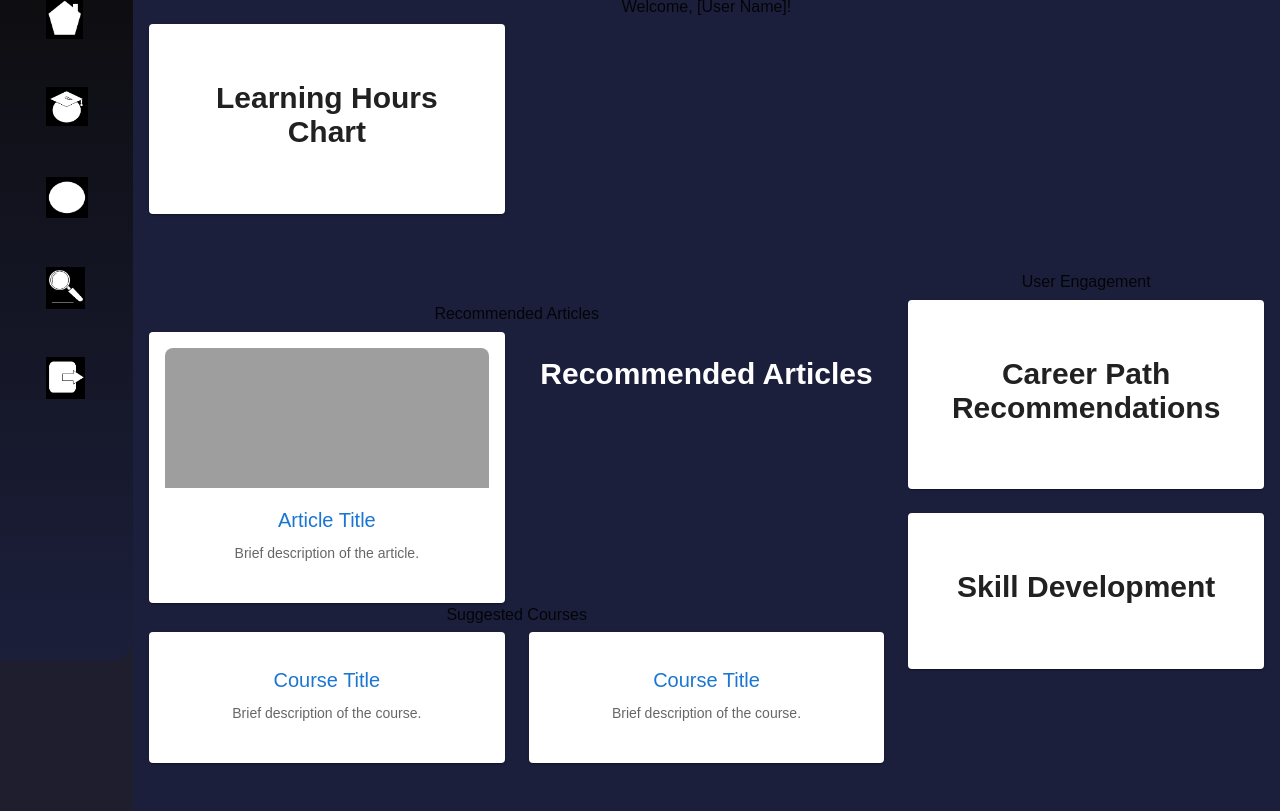
Repository: jvt2/OnlineCourseApp
Page: /dashboard
These files come from the project's save history. The page is drawn as it stood at one moment and after the next save; the edit follows.
The browser window is 1280 px wide. The pictures show the whole page.
Pictures or frames that could not be fetched are drawn as grey boxes. The page's requests for data from a server got no answer. The project was rebuilt for these pictures with package versions that can differ from the ones it lists, and the page was loaded fresh each time. No one was signed in, and anything a server would have sent is missing. Also part of the build but not shown: src/features/auth/Register.js, src/features/auth/Login.js, src/features/courses/ResumeUpload.js, src/features/courses/CourseRecommendations.js, src/components/common/MyModal.js, src/features/courses/CourseCatalog.js, src/features/courses/CourseDetail.js, src/components/common/Navbar.js and 3 more. Imported but missing from the stored project, and not drawn on this page: src/app/reportWebVitals.

Above is the page before, as saved 2024-07-18 21:44:50.

### src/index.js
import React from 'react';
import ReactDOM from 'react-dom/client';
import { Provider } from 'react-redux';
import store from './redux/store';
import './index.css';
import App from './app/App';
import reportWebVitals from './app/reportWebVitals';

const root = ReactDOM.createRoot(document.getElementById('root'));
root.render(
  <React.StrictMode>
    <App />
  </React.StrictMode>
);

// If you want to start measuring performance in your app, pass a function
// to log results (for example: reportWebVitals(console.log))
// or send to an analytics endpoint. Learn more: https://bit.ly/CRA-vitals
reportWebVitals();

### src/redux/store.js
// src/redux/store.js

import { configureStore } from '@reduxjs/toolkit';
import userReducer from './userReducer';

const store = configureStore({
  reducer: {
    user: userReducer,
  },
});

export default store;

### src/redux/userReducer.js
// src/redux/userReducer.js
// src/redux/userReducer.js
import { createSlice } from '@reduxjs/toolkit';

const initialState = {
  id: null,
  email: null,
  token: null,
};

const userSlice = createSlice({
  name: 'user',
  initialState,
  reducers: {
    logIn(state, action) {
      state.id = action.payload.id;
      state.email = action.payload.email;
      state.token = action.payload.token;
    },
    logOut(state) {
      state.id = null;
      state.email = null;
      state.token = null;
    },
  },
});

export const { logIn, logOut } = userSlice.actions;
export default userSlice.reducer;

### src/app/App.css
/* App.css */
:root {
  --primary-bg-color: #1E1E2F;
  --secondary-bg-color: #282840;
  --primary-text-color: #F5F5F5;
  --link-color: #61dafb;
  --accent-color: #FF6B6B;
  --navbar-height: 4rem;
  --content-padding: 20px;
  --border-radius: 8px;
  --transition-duration: 0.3s;
  --gradient-bg-color: linear-gradient(120deg, #84fab0 0%, #8fd3f4 100%);
}

.App {
  text-align: center;
  font-family: 'Arial', sans-serif;
  background-color: var(--primary-bg-color);
}

.App-logo {
  height: 40vmin;
  pointer-events: none;
  filter: drop-shadow(0 0 10px var(--accent-color));
}

.App-header {
  background-color: var(--secondary-bg-color);
  min-height: 100vh;
  display: flex;
  flex-direction: column;
  align-items: center;
  justify-content: center;
  font-size: calc(10px + 2vmin);
  color: var(--primary-text-color);
  border-bottom-left-radius: var(--border-radius);
  border-bottom-right-radius: var(--border-radius);
}

.App-link {
  color: var(--link-color);
  transition: color var(--transition-duration);
}

.App-link:hover {
  color: var(--accent-color);
}

@media (prefers-reduced-motion: no-preference) {
  .App-logo {
    animation: App-logo-spin infinite 20s linear;
  }
}

@keyframes App-logo-spin {
  from {
    transform: rotate(0deg);
  }
  to {
    transform: rotate(360deg);
  }
}

.site-navbar {
  display: flex;
  align-items: center;
  background: var(--gradient-bg-color);
  padding: 10px 20px;
  height: var(--navbar-height);
  font-weight: 500;
  box-shadow: 0 4px 6px rgba(0, 0, 0, 0.1);
}

.navbar-nav {
  display: flex;
  align-items: center;
  list-style: none;
  margin: 0;
  padding: 0;
  flex-grow: 1;
  justify-content: center;
}

.nav-item {
  display: flex;
  align-items: center;
  justify-content: center;
  text-decoration: none;
  color: var(--primary-text-color);
  padding: 15px 25px;
  transition: all 0.3s ease-in-out;
  border-radius: var(--border-radius);
  position: relative;
}

.nav-item:before {
  content: '';
  position: absolute;
  top: 0;
  left: 0;
  width: 0;
  height: 100%;
  background: var(--accent-color);
  border-radius: var(--border-radius);
  transition: width 0.3s ease-in-out;
  z-index: -1;
}

.nav-item:hover:before {
  width: 100%;
}

.nav-item:hover {
  color: var(--secondary-bg-color);
  box-shadow: 0 4px 8px rgba(0, 0, 0, 0.2);
  text-decoration: none;
}

.navbar-brand {
  margin-right: auto;
  color: var(--primary-text-color);
  font-size: 1.5em;
  font-weight: bold;
}

.App-content {
  padding: var(--content-padding);
  color: var(--primary-text-color);
}

.App-footer {
  text-align: center;
  padding: var(--content-padding);
  background-color: var(--secondary-bg-color);
  color: var(--primary-text-color);
  box-shadow: 0 -4px 6px rgba(0, 0, 0, 0.1);
}

.course-recommendations {
  width: 80%;
  margin: auto;
  background: #f9f9f9;
  padding: 20px;
  border-radius: 5px;
  box-shadow: 0px 0px 10px rgba(0, 0, 0, 0.1);
}

.course-recommendations h2 {
  text-align: center;
  color: #333;
}

.course-recommendations .course {
  padding: 10px 0;
  border-bottom: 1px solid #eee;
}

.course-recommendations .course:last-child {
  border-bottom: none;
}

.course-recommendations .course button {
  margin-left: 10px;
}

body {
  background-color: #1a1a2e;
  color: #e94560;
}

.MuiContainer-root {
  background-color: #16213e;
  border-radius: 8px;
  padding: 20px;
  box-shadow: 0 4px 8px rgba(0, 0, 0, 0.2);
}

.customTextField .MuiInputBase-input {
  color: #fff;
  background-color: rgba(255, 255, 255, 0.1);
}

.customTextField .MuiInputLabel-root {
  color: rgba(255, 255, 255, 0.7);
}

.customTextField .MuiInputLabel-root.Mui-focused {
  color: #fff;
}

.customTextField .MuiOutlinedInput-root {
  &.Mui-focused .MuiOutlinedInput-notchedOutline {
    border-color: #fff;
  }
  & .MuiOutlinedInput-notchedOutline {
    border-color: rgba(255, 255, 255, 0.5);
  }
}

### src/features/auth/Logout.js
//features/auth/Logout.js
import { useEffect } from 'react';
import { useDispatch } from 'react-redux';
import { useNavigate } from 'react-router-dom';
import { logOut } from '../../redux/reducers/userslice'; // Import the logOut action

function Logout() {
  const navigate = useNavigate();
  const dispatch = useDispatch();

  useEffect(() => {
    localStorage.removeItem('token'); // Remove the token from local storage
    dispatch(logOut()); // Dispatch the logOut action
    navigate('/'); // Navigate to the landing page
  }, [dispatch, navigate]);

  return null;
}

export default Logout;

### src/theme/index.js
import { createTheme } from '@mui/material/styles';

// Create a theme instance.
const theme = createTheme({
  spacing: 8, // Or any other value or function you want to define
  typography: {
    fontFamily: 'Arial, sans-serif',
  },
  palette: {
    primary: {
      main: '#1976d2',
    },
    secondary: {
      main: '#dc004e',
    },
  },
});

export default theme;

### src/components/common/LandingPage.css
body {
    display: flex;
    justify-content: center;
    align-items: center;
    height: 100vh;
    background-color: #f7f7f7;
    margin: 0;
    font-family: 'Roboto', sans-serif;
  }

  .sign-in-container {
    display: flex;
    justify-content: center;
    align-items: center;
    height: 100%;
    width: 100%;
  }

  .sign-in-form {
    background-color: white;
    padding: 60px;
    border-radius: 10px;
    box-shadow: 0 4px 8px rgba(0, 0, 0, 0.1);
    text-align: center;
    max-width: 600px;
    width: 90%;
  }

  .logo {
    width: 200px;
    height: 200px;
    margin-bottom: 30px;
    background-color: white;
    border-radius: 10px;
  }

  h1 {
    margin: 0;
    font-size: 32px;
    font-weight: 700;
  }

  .subtitle {
    margin: 10px 0;
    color: #555;
    font-size: 18px;
  }

  .google-sign-in {
    background-color: #ffffff;
    color: #000;
    border: 1px solid #ccc;
    padding: 15px;
    width: 100%;
    border-radius: 5px;
    margin-bottom: 30px;
    display: flex;
    justify-content: center;
    align-items: center;
    cursor: pointer;
    font-size: 18px;
    font-weight: 500;
    transition: background-color 0.3s;
  }

  .google-sign-in:hover {
    background-color: #f0f0f0;
  }

  .google-logo {
    width: 25px;
    margin-right: 10px;
  }

  .separator {
    display: flex;
    align-items: center;
    text-align: center;
    margin: 30px 0;
    color: #aaa;
    font-size: 18px;
  }

  .separator::before,
  .separator::after {
    content: '';
    flex: 1;
    border-bottom: 1px solid #ccc;
  }

  .separator:not(:empty)::before {
    margin-right: .5em;
  }

  .separator:not(:empty)::after {
    margin-left: .5em;
  }

  .email-input,
  .password-input {
    width: 100%;
    padding: 15px;
    margin-bottom: 30px;
    border: 1px solid #ccc;
    border-radius: 5px;
    font-size: 18px;
    transition: border-color 0.3s;
  }

  .email-input:focus,
  .password-input:focus {
    border-color: #007bff;
    outline: none;
  }

  .continue-button {
    background-color: #9b51e0;
    color: white;
    border: none;
    padding: 15px;
    width: 100%;
    border-radius: 5px;
    font-size: 18px;
    font-weight: 500;
    cursor: pointer;
    transition: background-color 0.3s;
    margin-bottom: 10px; /* Add margin to separate the buttons */
  }

  .continue-button:hover {
    background-color: #7a3bc0;
  }

  .email-error {
    color: red;
    margin-top: 10px;
    font-size: 14px;
  }


  .back-button {
    background-color: #ccc;
    color: white;
    border: none;
    padding: 15px;
    width: 100%;
    border-radius: 5px;
    font-size: 18px;
    font-weight: 500;
    cursor: pointer;
    transition: background-color 0.3s;
    margin-bottom: 10px; /* Add margin to separate the buttons */
  }

  .back-button:hover {
    background-color: #aaa;
  }

  .sign-up-link {
    margin-top: 30px;
    color: #aaa;
    font-size: 18px;
  }

  .sign-up-link a {
    color: #9b51e0;
    text-decoration: none;
  }

  .sign-up-link a:hover {
    text-decoration: underline;
  }

### src/features/dashboard/Dashboard.css
:root {
  --primary-color: #0C0B0B;
  --secondary-color: #1b1f3b;
  --text-color: #FFFFFF;
  --icon-color: #BBBBBB;
  --icon-active-color: #FFFFFF;
  --icon-hover-color: #E0E0E0;
  --accent-color: #4a90e2;
  --hover-color: rgba(255, 255, 255, 0.2);
  --focus-color: rgba(255, 255, 255, 0.3);
  --font-main: 'Arial', sans-serif;
  --font-header: 'Baloo Bhai', sans-serif;
  --border-radius: 24px;
  --transition-speed: 0.3s;
  --spacing-unit: 16px;
  --icon-size: 42px;
}

/* Dark mode */
@media (prefers-color-scheme: dark) {
  :root {
    --primary-color: #1a1a1a;
    --secondary-color: #121212;
    --text-color: #e0e0e0;
    --icon-color: #CCCCCC;
    --icon-active-color: #FFFFFF;
    --icon-hover-color: #FFFFFF;
    --accent-color: #bb86fc;
    --hover-color: rgba(255, 255, 255, 0.3);
    --focus-color: rgba(255, 255, 255, 0.4);
  }
}
/* General styles for the dashboard */
body {
  margin: 0;
  font-family: var(--font-main);
  font-size: clamp(16px, 2vw, 20px);
  color: var(--text-color);
  background-color: var(--secondary-color);
}

.container {
  display: flex;
  grid-template-columns: 133px 1fr;
  min-height: 100vh;
}

.sidebar {
  width: 133px;
  background: var(--primary-color);
  border-radius: 0 var(--border-radius) var(--border-radius) 0;
  display: flex;
  flex-direction: column;
  align-items: center;
  justify-content: space-between;
  padding: var(--spacing-unit) 0;
  position: fixed;
  height: 100vh;
  background: linear-gradient(180deg, #0C0B0B 0%, #1b1f3b 100%);
}

.sidebar-main {
  display: flex;
  flex-direction: column;
  align-items: center;
  width: 100%;
  gap: var(--spacing-unit);
  padding: var(--spacing-unit);
}

.sidebar-logo {
  font-family: var(--font-header);
  color: var(--text-color);
  font-weight: 400;
  font-size: 64px;
  line-height: 102px;
  margin-bottom: 40px;
  text-align: center;
  margin-top: var(--spacing-unit);
}

.sidebar-icon {
  width: var(--icon-size);
  height: var(--icon-size);
  margin: var(--spacing-unit) 0;
  cursor: pointer;
  background-size: contain;
  background-repeat: no-repeat;
  transition: all var(--transition-speed) ease;
  color: var(--icon-color);
}
.sidebar-icon:hover {
  background-color: var(--hover-color);
  color: var(--icon-hover-color);
  transform: scale(1.1);
}

.sidebar-icon:focus {
  outline: none;
  box-shadow: 0 0 0 3px var(--focus-color);
}
.sidebar-icon.icon-home {
  background-image: url('/public/assets/home_I.png');
}

.sidebar-icon.icon-graduation {
  background-image: url('/public/assets/enroll.png');
}

.sidebar-icon.icon-user {
  background-image: url('/public/assets/user.png');
}

.sidebar-icon.icon-search {
  background-image: url('/public/assets/search.png');
}

.sidebar-icon.icon-logout {
  background-image: url('/public/assets/logout.png');
}

.dashboard-container {
  background-color: var(--secondary-color);
  padding: var(--spacing-unit);
  display: grid;
  grid-template-rows: auto 1fr;
  gap: var(--spacing-unit);
  margin-left: 133px; /* This ensures the content doesn't overlap with the sidebar */
  overflow-y: auto;
}

.dashboard-header {
  margin-bottom: var(--spacing-unit);
  text-align: center;
  font-family: var(--font-header);
}

.grid-item {
  background-color: var(--secondary-color);
  padding: var(--spacing-unit);
  border-radius: var(--border-radius);
  box-shadow: 0 2px 10px rgba(0, 0, 0, 0.1);
}

.card-content, .card-actions {
  padding: var(--spacing-unit);
}

.card-actions {
  display: flex;
  justify-content: flex-end;
}

.recommendations-container {
  background-color: #f5f5f5;
  border-radius: var(--border-radius);
  padding: var(--spacing-unit);
  margin-bottom: var(--spacing-unit);
}

.recommendation-item {
  background-color: white;
  border-radius: 4px;
  padding: var(--spacing-unit);
  margin-bottom: var(--spacing-unit);
  box-shadow: 0 2px 4px rgba(0, 0, 0, 0.1);
}

.recommendation-title {
  font-weight: bold;
  margin-bottom: 5px;
}

.recommendation-description {
  color: #666;
  font-size: 0.9em;
}

/* Media Queries */
@media (max-width: 768px) {
  .container {
    grid-template-columns: 1fr;
  }

  .sidebar {
    flex-direction: row;
    justify-content: space-around;
    border-radius: 0;
    width: 100%;
    height: auto;
    padding: var(--spacing-unit);
    position: relative;
  }

  .sidebar-main {
    flex-direction: row;
  }

  .sidebar-icon {
    margin: 10px;
  }

  .dashboard-header {
    font-size: 1.5rem;
  }

  .dashboard-container {
    margin-left: 0;
  }
}

@media (max-width: 480px) {
  .container {
    flex-direction: column;
  }

  .sidebar {
    flex-direction: column;
    align-items: flex-start;
    padding: 10px;
    position: relative;
  }

  .sidebar-main {
    flex-direction: row;
  }

  .sidebar-icon {
    margin: 5px;
  }

  .dashboard-header {
    font-size: 1.2rem;
  }

  .dashboard-container {
    margin-left: 0;
  }
}

### src/features/dashboard/TopSection.js
// src/features/dashboard/TopSection.js
import React from 'react';
import { Box, Typography, Grid, Card, CardContent } from '@mui/material';
import LearningHoursChart from '../../components/common/Charts/LearningHoursChart';
import useDashboardStyles from '../../styles/dashboardstyles'; // Ensure correct casing

function TopSection() {
  const classes = useDashboardStyles();

  return (
    <Box className={classes.section}>
      <Typography className={classes.header} gutterBottom>
        Welcome, [User Name]!
      </Typography>
      <Grid container spacing={3}>
        <Grid item xs={12} md={4}>
          <Card className={classes.card}>
            <CardContent className={classes.cardContent}>
              <LearningHoursChart />
            </CardContent>
          </Card>
        </Grid>
      </Grid>
    </Box>
  );
}

export default TopSection;

### src/features/dashboard/MiddleSection.js
// src/features/dashboard/MiddleSection.js
import React from 'react';
import { Box, Typography, Grid, Card, CardContent, CardMedia } from '@mui/material';
import RecommendedArticles from '../../components/common/Articles/RecommendedArticles';
import useDashboardStyles from '../../styles/dashboardstyles';

function MiddleSection() {
  const classes = useDashboardStyles();

  return (
    <Box className={classes.container}>
      <Typography className={classes.sectionTitle} gutterBottom>
        Recommended Articles
      </Typography>
      <Grid container spacing={3}>
        <Grid item xs={12} md={6}>
          <Card className={classes.card}>
            <CardMedia
              component="img"
              height="140"
              image="path/to/image.jpg"
              alt="Article Image"
              className={classes.cardMedia}
            />
            <CardContent className={classes.cardContent}>
              <Typography gutterBottom variant="h6" component="div" className={classes.cardTitle}>
                Article Title
              </Typography>
              <Typography variant="body2" color="text.secondary" className={classes.cardDescription}>
                Brief description of the article.
              </Typography>
            </CardContent>
          </Card>
        </Grid>
        <Grid item xs={12} md={6}>
          <RecommendedArticles />
        </Grid>
      </Grid>
    </Box>
  );
}

export default MiddleSection;

### src/features/dashboard/BottomSection.js
// src/features/dashboard/BottomSection.js
import React from 'react';
import { Box, Typography, Grid, Card, CardContent } from '@mui/material';
import useDashboardStyles from '../../styles/dashboardstyles'; // Ensure correct casing

function BottomSection() {
  const classes = useDashboardStyles();

  return (
    <Box className={classes.section}>
      <Typography className={classes.sectionTitle} gutterBottom>
        Suggested Courses
      </Typography>
      <Grid container spacing={3}>
        <Grid item xs={12} md={6}>
          <Card className={classes.card}>
            <CardContent className={classes.cardContent}>
              <Typography gutterBottom variant="h6" component="div" className={classes.cardTitle}>
                Course Title
              </Typography>
              <Typography variant="body2" color="text.secondary" className={classes.cardDescription}>
                Brief description of the course.
              </Typography>
            </CardContent>
          </Card>
        </Grid>
        <Grid item xs={12} md={6}>
          <Card className={classes.card}>
            <CardContent className={classes.cardContent}>
              <Typography gutterBottom variant="h6" component="div" className={classes.cardTitle}>
                Course Title
              </Typography>
              <Typography variant="body2" color="text.secondary" className={classes.cardDescription}>
                Brief description of the course.
              </Typography>
            </CardContent>
          </Card>
        </Grid>
      </Grid>
    </Box>
  );
}

export default BottomSection;

### src/features/dashboard/SideSection.js
// src/features/dashboard/SideSection.js
import React from 'react';
import { Box, Typography, Grid, Card, CardContent } from '@mui/material';
import CareerPathRecommendations from '../../components/common/Recommendations/CareerPathRecommendations';
import SkillDevelopment from '../../components/common/Recommendations/SkillDevelopment';
import useDashboardStyles from '../../styles/dashboardstyles'; // Ensure correct casing

function SideSection() {
  const classes = useDashboardStyles();

  return (
    <Box className={classes.section}>
      <Typography className={classes.sectionTitle} gutterBottom>
        User Engagement
      </Typography>
      <Grid container spacing={3}>
        <Grid item xs={12}>
          <Card className={classes.card}>
            <CardContent className={classes.cardContent}>
              <CareerPathRecommendations />
            </CardContent>
          </Card>
        </Grid>
        <Grid item xs={12}>
          <Card className={classes.card}>
            <CardContent className={classes.cardContent}>
              <SkillDevelopment />
            </CardContent>
          </Card>
        </Grid>
      </Grid>
    </Box>
  );
}

export default SideSection;

### src/redux/reducers/userslice.js
import { createSlice } from '@reduxjs/toolkit';

const userSlice = createSlice({
  name: 'user',
  initialState: { name: '', loggedIn: false },
  reducers: {
    logIn: (state, action) => {
      state.name = action.payload.name;
      state.loggedIn = true;
    },
    logOut: (state) => {
      state.name = '';
      state.loggedIn = false;
    }
  }
});

export const { logIn, logOut } = userSlice.actions;
export default userSlice.reducer;

### src/components/common/Charts/LearningHoursChart.js
// src/components/Charts/LearningHoursChart.js
import React from 'react';

function LearningHoursChart() {
  return (
    <div>
      <h2>Learning Hours Chart</h2>
    </div>
  );
}

export default LearningHoursChart;

### src/styles/dashboardstyles.js
// src/styles/dashboardStyles.js
import { makeStyles } from '@mui/styles';

const useDashboardStyles = makeStyles((theme) => ({
  container: {
    marginTop: theme.spacing(4),
  },
  section: {
    marginBottom: theme.spacing(4),
  },
  card: {
    padding: theme.spacing(2),
    boxShadow: '0 2px 10px rgba(0, 0, 0, 0.1)',
    borderRadius: '8px',
    transition: 'transform 0.2s ease-in-out',
    '&:hover': {
      transform: 'translateY(-5px)',
    },
  },
  cardContent: {
    padding: theme.spacing(2),
  },
  cardMedia: {
    height: 140,
    borderRadius: '8px 8px 0 0',
  },
  cardTitle: {
    fontFamily: theme.typography.fontFamily,
    color: theme.palette.primary.main,
  },
  cardDescription: {
    fontFamily: theme.typography.fontFamily,
    color: theme.palette.text.secondary,
  },
  sectionTitle: {
    fontSize: '1.25rem',
    fontWeight: 'bold',
    marginBottom: theme.spacing(2),
    color: theme.palette.text.primary,
  },
  header: {
    fontSize: '2rem',
    fontWeight: 'bold',
    marginBottom: theme.spacing(2),
    color: theme.palette.text.primary,
  },
  welcomeText: {
    marginBottom: theme.spacing(1),
    color: theme.palette.text.primary,
  },
}));

export default useDashboardStyles;

### src/components/common/Articles/RecommendedArticles.js
// src/components/Articles/RecommendedArticles.js
import React from 'react';

function RecommendedArticles() {
  return (
    <div>
      <h2>Recommended Articles</h2>
    </div>
  );
}

export default RecommendedArticles;

### src/components/common/Recommendations/CareerPathRecommendations.js
// src/components/Recommendations/CareerPathRecommendations.js
import React from 'react';

function CareerPathRecommendations() {
  return (
    <div>
      <h2>Career Path Recommendations</h2>
    </div>
  );
}

export default CareerPathRecommendations;

### src/components/common/Recommendations/SkillDevelopment.js
// src/components/Recommendations/SkillDevelopment.js
import React from 'react';

function SkillDevelopment() {
  return (
    <div>
      <h2>Skill Development</h2>
    </div>
  );
}

export default SkillDevelopment;

Loaded but not shown: public/index.html (common file); src/index.css (common file); src/app/App.js (106 lines, source omitted); src/features/dashboard/Dashboard.js (83 lines, source omitted)

After the next save:
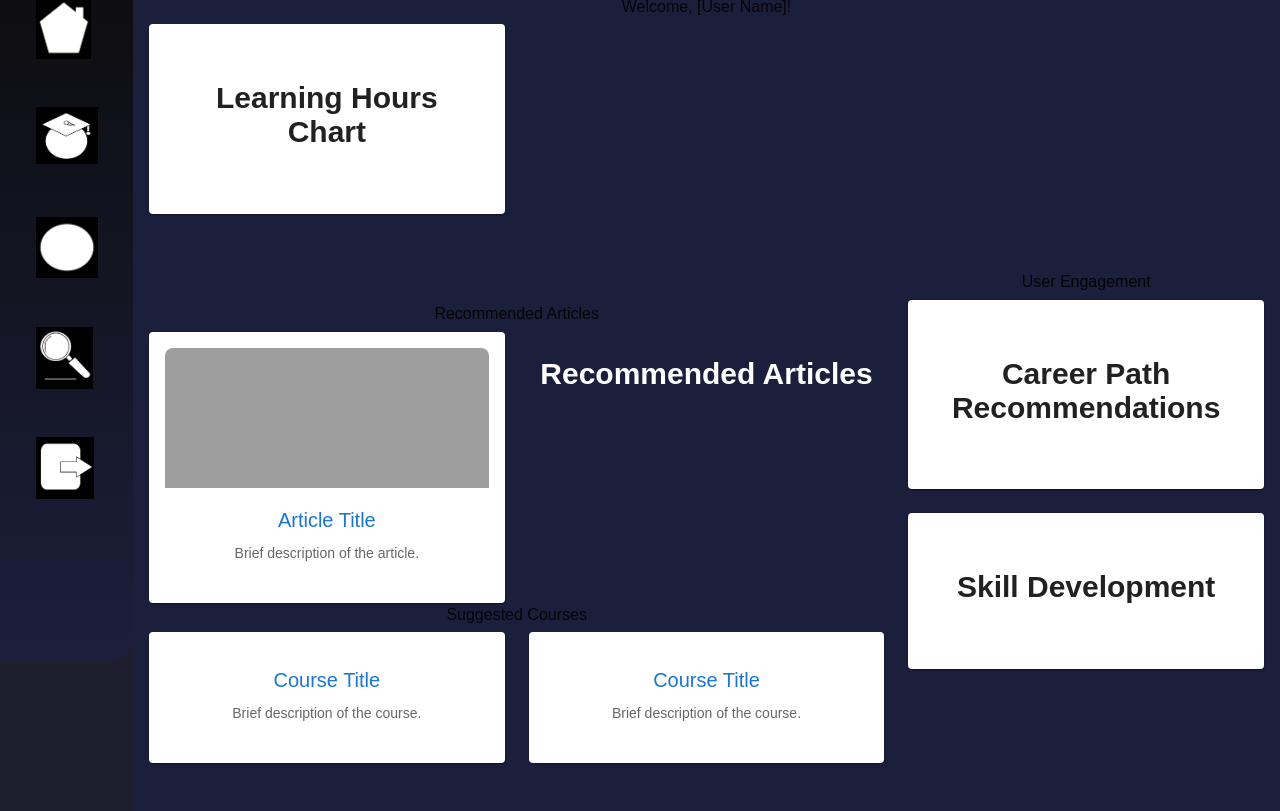
Saved 9 s later.
--- a/src/features/dashboard/Dashboard.css
+++ b/src/features/dashboard/Dashboard.css
@@ -13,7 +13,7 @@
   --border-radius: 24px;
   --transition-speed: 0.3s;
   --spacing-unit: 16px;
-  --icon-size: 42px;
+  --icon-size: 62px;
 }
 
 /* Dark mode */
